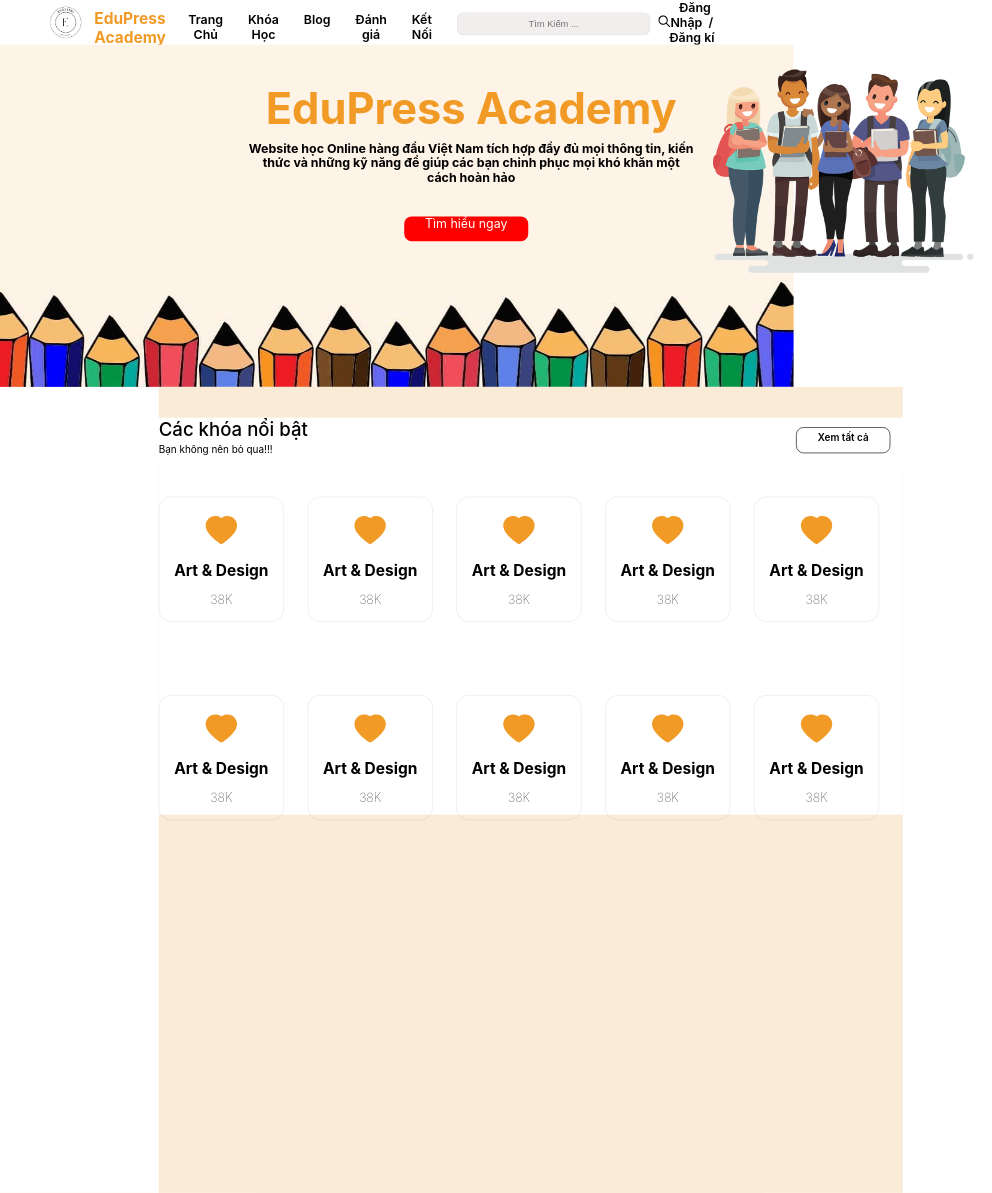
Repository: hieu1802/WebsiteEdupress
Page: / (app in my-app/)
An editor plug-in stored every save of this project. The page is shown before and after the next save, followed by the edit.
The browser window is 1280 px wide. The page is 1600 px wide, so the pictures cover 1600 px, including what lies to the right of the window. The pictures show the whole page, at 62% of full size.
The project was rebuilt for these pictures with package versions that can differ from the ones it lists, and the page was loaded fresh each time. Also part of the build but not shown: my-app/src/App.css.

Above is the page before, as saved 2024-07-24 00:50:45.

### my-app/src/App.jsx
import logo from './logo.svg';
import './App.css';
import HomePage from './Components/HomePage/HomePage.jsx';

function App() {
  return (
  <>
    <HomePage/>
  </>
  );
}

export default App;

### my-app/src/Components/HomePage/HomePage.jsx
import React from 'react'
import Header from './Header.jsx'
import { ContainerPage } from './ContainerPage.jsx'

function HomePage() {
  return (
    <>
      <Header/>
      <ContainerPage/>
    </>
  )
}

export default HomePage

### my-app/src/Components/HomePage/Header.jsx
import React from 'react'
import img01 from '../img/EduPress.png'
import img02 from '../img/img02.jpg'
import img03 from '../img/img03.png'
import './HomePage.css'
import { IoIosSearch } from "react-icons/io";

function Header() {
  return (
    <>
        <div className='Header'>
            <div className='logoHeader'>
                <img src={img01}/>
                <h3>EduPress Academy</h3>
            </div>
            <ul>
                <li>Trang Chủ</li>
                <li>Khóa Học</li>
                <li>Blog</li>
                <li>Đánh giá</li>
                <li>Kết Nối</li>
                <div className='ulInput'>
                    <input placeholder='Tìm Kiếm ...'/>
                    <div className='btnHeader'><IoIosSearch  className='btnIcon'/></div>
                </div>

            </ul>
            <div className='loginHeader'>
                <div><span>Đăng Nhập</span>/<span>Đăng kí</span></div>

            </div>
        </div>
        <div className='posterHeader'>
            <img src={img02}/>
            <div className='posterContent'>
               <div className='posterSologun'>
                  <h1>EduPress Academy</h1>
                  <h2>Website học Online hàng đầu Việt Nam tích hợp đầy đủ mọi thông tin, kiến thức và những kỹ năng để giúp các bạn chinh phục mọi khó khăn một cách hoàn hảo</h2>
                  <div className='btnPoster'>Tìm hiểu ngay </div>
               </div>
               <div className='posterAvatar'>
                  <img src={img03}/>
               </div>
            </div>
        </div>
    </>

  )
}

export default Header

### my-app/src/Components/HomePage/ContainerPage.jsx
import React from 'react'
import { AiFillHeart } from "react-icons/ai";

export const ContainerPage = () => {
  return (
    <div className='ContainerPage'>
       <div className='categories'>
          <div className='textCategories'>
            <div className='topCategories'>
              <h3>Các khóa nổi bật</h3>
              <p>Bạn không nên bỏ qua!!!</p>
            </div>
            <div className='btnCategories'> <p>Xem tất cả</p></div>
          </div>
          <div className='boxCategories'>
              <div className='miniBox'>
                  <AiFillHeart className='iconBox'/>
                  <h4>Art & Design</h4>
                  <h5>38K</h5>
              </div>
              <div className='miniBox'>
                  <AiFillHeart className='iconBox'/>
                  <h4>Art & Design</h4>
                  <h5>38K</h5>
              </div>
              <div className='miniBox'>
                  <AiFillHeart className='iconBox'/>
                  <h4>Art & Design</h4>
                  <h5>38K</h5>
              </div>
              <div className='miniBox'>
                  <AiFillHeart className='iconBox'/>
                  <h4>Art & Design</h4>
                  <h5>38K</h5>
              </div>
              <div className='miniBox'>
                  <AiFillHeart className='iconBox'/>
                  <h4>Art & Design</h4>
                  <h5>38K</h5>
              </div>
              <div className='miniBox'>
                  <AiFillHeart className='iconBox'/>
                  <h4>Art & Design</h4>
                  <h5>38K</h5>
              </div>
              <div className='miniBox'>
                  <AiFillHeart className='iconBox'/>
                  <h4>Art & Design</h4>
                  <h5>38K</h5>
              </div>
              <div className='miniBox'>
                  <AiFillHeart className='iconBox'/>
                  <h4>Art & Design</h4>
                  <h5>38K</h5>
              </div>
              <div className='miniBox'>
                  <AiFillHeart className='iconBox'/>
                  <h4>Art & Design</h4>
                  <h5>38K</h5>
              </div>
              <div className='miniBox'>
                  <AiFillHeart className='iconBox'/>
                  <h4>Art & Design</h4>
                  <h5>38K</h5>
              </div>
          </div>
       </div>
    </div>
  )
}

### my-app/src/Components/HomePage/HomePage.css
*{
    margin: 0;
    padding: 0;
    list-style: none;
}

.Header{
    width: 100%;
    height: 72px;
    display: flex;
    justify-content: space-between;

}

.logoHeader{
    width: 25%;
    height: 100%;
    display: flex;
    gap: 10px;
    margin-left: 70px;
}


h3{
    font-size: 25px;
    margin-top: 15px;
    color: rgba(241, 152, 34, 0.979);
}

.Header > ul{

    display: flex;
    width:60%;
}

.Header > ul > li{
    width: 100px;
    text-align: center;
    padding: 20px;
    font-size: 20px;
    font-weight: 600;
    cursor: pointer;
}

.Header > ul > li:hover{
    background-color: rgba(246, 243, 238, 0.633);
    color: rgba(241, 152, 34, 0.979);
}

.ulInput{
    width: 400px ;
    padding: 20px;
    display: flex;
}

.ulInput > input{
    margin-right:10px;
    text-align: center;
    font-size: 15px;
    width: 400px;
    height: 35px;
    border: 1px solid #00000010;
    background-color: rgba(240, 234, 234, 0.815);
    border-radius: 12px;
}

.btnHeader{
    width: 100px;
    margin: auto;
    cursor: pointer;
}
.btnIcon{
    font-size: 25px;
}
.loginHeader{
    display: flex;
    width: 15%;
    height: 72px;
    margin-right: 100px;
    cursor: pointer;
}

.loginHeader > div{
   margin: auto;
   font-size: 20px;
   font-weight: 600;
   text-align: center;
}

.loginHeader > div > span{
    margin: 10px;
}

.loginHeader > div > span:hover {
    color: rgba(241, 152, 34, 0.979);
}

.posterHeader{
    width: 100%;
    height: 552px;
    background-color: black;
    display: flex;
}

.posterHeader > img{
    width: 100%;
}

.posterContent{
    position: absolute;
    display: flex;
    margin-left: 400px;
    margin-top: 10px;
    width: 1200px;
    height: 400px;

    z-index: 999;
}

.posterSologun{
    width: 60%;
}

.posterSologun > h1{
    font-size: 70px;
    text-align: center;
    color: rgba(241, 152, 34, 0.979);
    margin-top: 50px;
    margin-bottom: 10px;
}

.posterSologun > h2{
    font-size: 20px;
    text-align: center;
}

.btnPoster{
    width: 200px;
    height: 40px;
    background-color: red;
    font-size: 20px;
    color: #fff;
    text-align: center;
    border-radius: 12px;
    cursor: pointer;
    gap: 10px;
    margin-top: 50px;
    margin-left: 35%;
}

.posterAvatar{
    width: 35%;
    margin-left: 30px;

}

.posterAvatar > img{
    width: 100%;
    margin-top: 30px;
}

/************************ContainerPage**************************/

.ContainerPage{
    position: relative;
    width: 1200px;
    height: 1300px;
    background-color: antiquewhite;
    margin-left: 20%;
}

.categories{
    position: absolute;
    width: 100%;
    height: 640px;
   background-color: #fff;
    margin-top: 50px;
}

.textCategories{
    width: 100%;
    height: 77px;
    background-color: #fff;
    display: flex;
    justify-content: space-between;
}
.topCategories>h3{
    color: black;
    font-size: 30px;
    margin-bottom: 5px;
    margin-top: 0px;
    font-weight: 500;
}

.topCategories>p{

}
.btnCategories{
    width: 150px;
    height: 40px;
    border: 1px solid #000000;
    border-radius: 12px;
    margin-top: 15px;
    margin-right: 20px;
}

.btnCategories > p{
    text-align: center;
    margin-top: 5px;
    font-weight: 600;
}

.boxCategories{
    width: 100%;
    height: 100%;
    display: grid;
    grid-template-columns: 1fr 1fr 1fr 1fr 1fr;
    margin-top: 50px;

}

.miniBox{
    width: 200px;
    height: 200px;
    border: 1px solid #0000001a;
    border-radius: 20px;
    display: flex;
    align-items: center;
    flex-direction: column;
    justify-content: center;
    align-items: center;
}

.iconBox{
    font-size: 60px;
    margin-bottom: 20px;
    color: rgba(241, 152, 34, 0.979);
}

.miniBox > h4{
    font-size: 25px;
    margin-bottom: 20px;
}

.miniBox > h5{
    font-size: 20px;
    font-weight: 100;
}

Loaded but not shown: my-app/public/index.html (common file); my-app/src/index.js (common file); my-app/src/index.css (common file); my-app/src/reportWebVitals.js (common file)

After the next save:
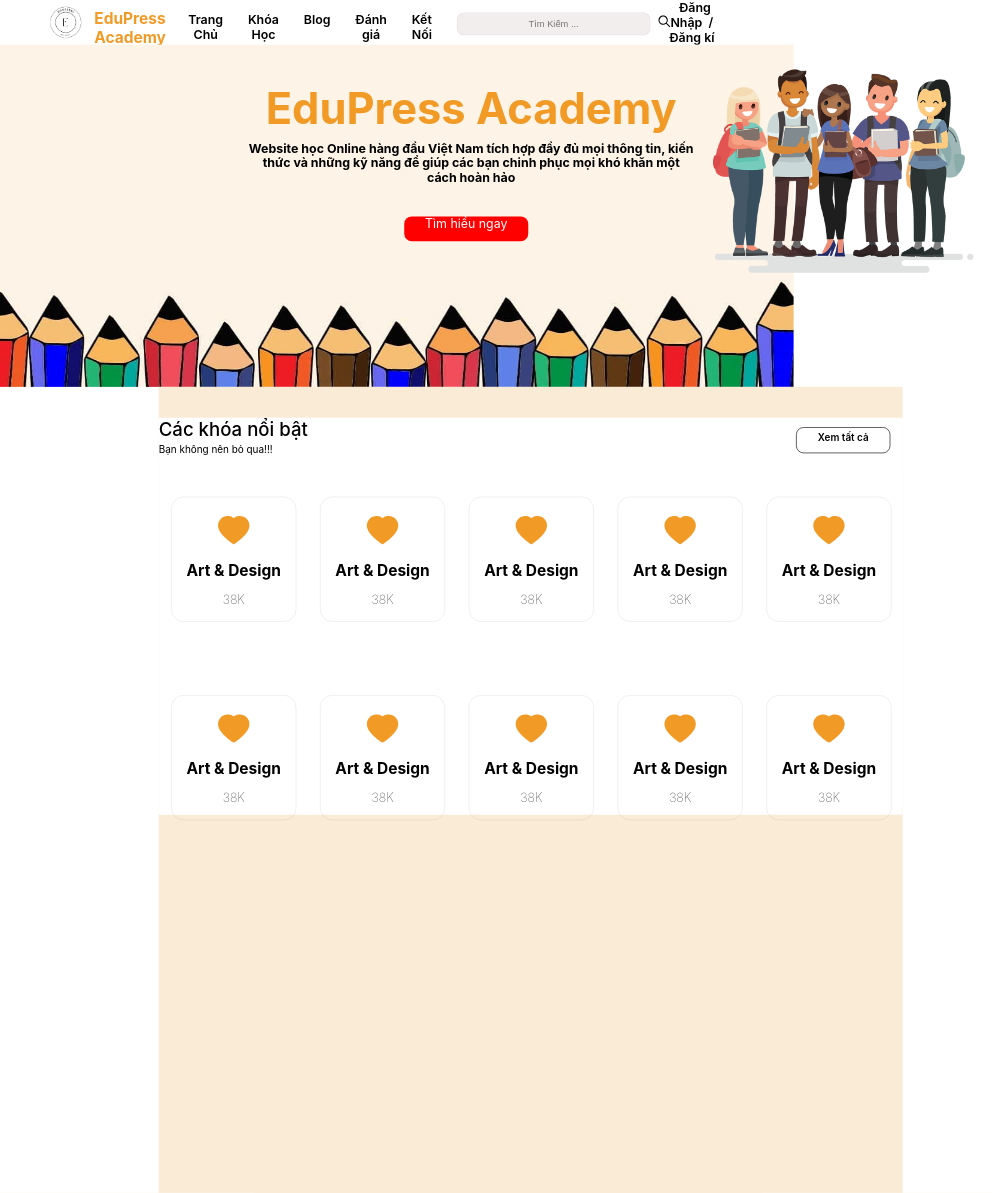
Saved 18 s later.
--- a/my-app/src/Components/HomePage/HomePage.css
+++ b/my-app/src/Components/HomePage/HomePage.css
@@ -228,7 +228,7 @@
     align-items: center;
     flex-direction: column;
     justify-content: center;
-    align-items: center;
+    margin-left: 20px;
 }
 
 .iconBox{
